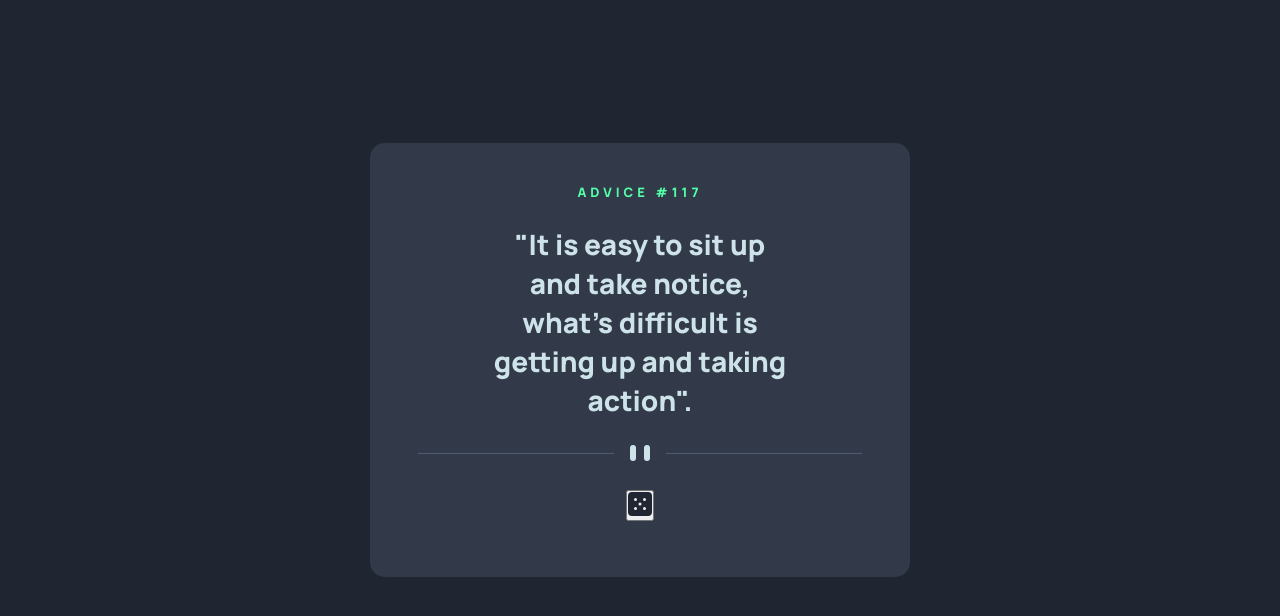
Repository: Daki-builds/advice-generator-app
Page: index.html
The author's editor kept a copy of each file at every save. The page is drawn from the files as they stood at one save, then again after the next save.
The browser window is 1280 px wide. The pictures show the whole page.

Above is the page before, as saved 2026-10-08 19:33:39.

### index.html
<!DOCTYPE html>
<html lang="en">

<head>
  <meta charset="UTF-8">
  <meta name="viewport" content="width=device-width, initial-scale=1.0">
  <link rel="icon" type="image/png" sizes="32x32" href="./images/favicon-32x32.png">
  <link rel="preconnect" href="https://fonts.googleapis.com">
  <link rel="preconnect" href="https://fonts.gstatic.com" crossorigin>
  <link href="https://fonts.googleapis.com/css2?family=Manrope:wght@800&display=swap" rel="stylesheet">
  <link rel="stylesheet" href="style.css">
  <title>Frontend Mentor | Advice generator app</title>

</head>

<body>
  <main class="container">
    <h1>Advice #<span id="advice-id">117</span></h1>
    <p id="adviceText">"It is easy to sit up and take notice, what's difficult is getting up and taking action".</p>
    <div class="img-divider">
      <img src="./images/pattern-divider-desktop.svg" alt="divider">
    </div>
    <button id="adviceBtn"><img src="./images/icon-dice.svg" alt="dice">
    </button>
  </main>
</body>

</html>

### style.css
* {
  margin: 0;
  padding: 0;
  box-sizing: border-box;
}

:root {
  --blue-200: hsl(193, 38%, 86%);
  --green-300: hsl(150, 100%, 66%);
  --blue-600: hsl(217, 19%, 38%);
  --blue-900: hsl(217, 19%, 24%);
  --blue-950: hsl(218, 23%, 16%);

  --font-family: "Manrope", sans-serif;
  --font-weight: 800;
  --font-size: 28px;
}

body {
  font-family: var(--font-family);
  font-weight: var(--font-weight);
  background-color: var(--blue-950);
  color: var(--blue-200);
  display: flex;
  justify-content: center;
  padding: 24px;
  align-items: center;
  min-height: 100vh;
}

.container {
  position: relative;
  background-color: var(--blue-900);
  display: flex;
  flex-direction: column;
  align-items: center;
  gap: 24px;
  padding: 40px 24px 56px;
  width: 100%;
  max-width: 540px;
  border-radius: 15px;
  text-align: center;
}

h1 {
  font-size: 13px;
  letter-spacing: 4px;
  text-transform: uppercase;
  color: var(--green-300);
}

p {
  font-size: var(--font-size);
  line-height: 1.4;
  width: 60%;
  color: var(--blue-200);
}

.img-divider img {
  width: 100%;
}

button {
}

After the next save:
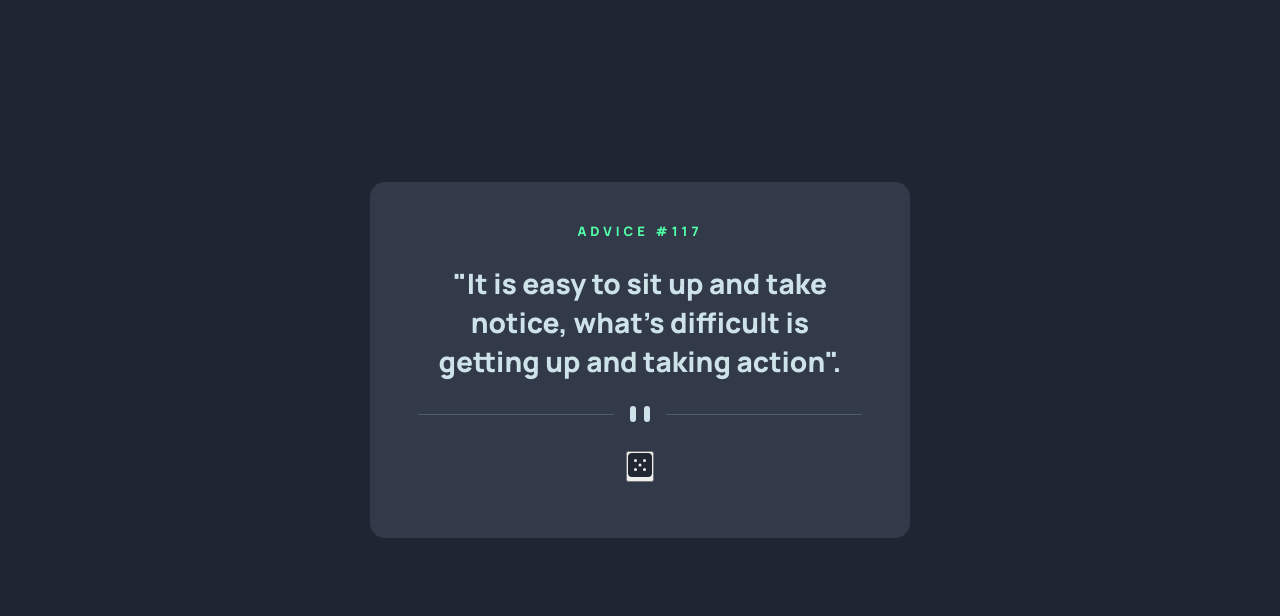
Saved 12 s later.
--- a/style.css
+++ b/style.css
@@ -52,7 +52,7 @@ h1 {
 p {
   font-size: var(--font-size);
   line-height: 1.4;
-  width: 60%;
+  width: 84%;
   color: var(--blue-200);
 }
 
